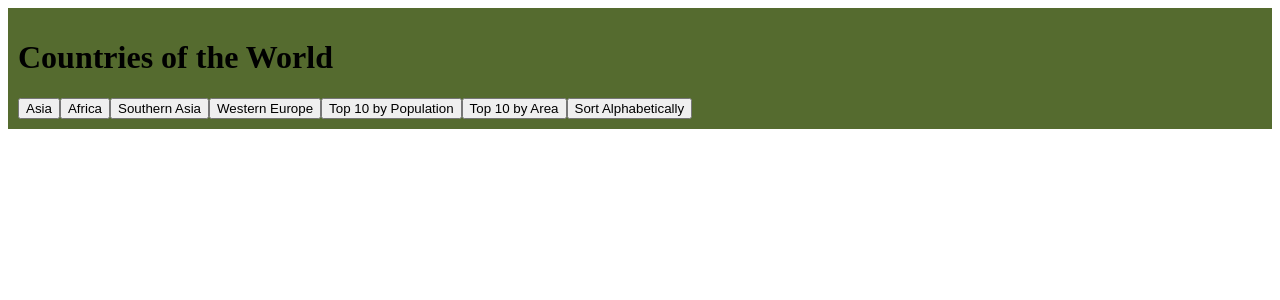
Repository: SandyLy453/comp-lab10
Page: /
The author's editor kept a copy of each file at every save. The page is drawn from the files as they stood at one save, then again after the next save.
The browser window is 1280 px wide. The pictures show the whole page.
The page's requests for data from a server got no answer. The project was rebuilt for these pictures with package versions that can differ from the ones it lists, and the page was loaded fresh each time. No one was signed in, and anything a server would have sent is missing. Also part of the build but not shown: vite.config.js, src/components/Contry.jsx.

Above is the page before, as saved 2024-11-14 22:40:59.

After the next save:
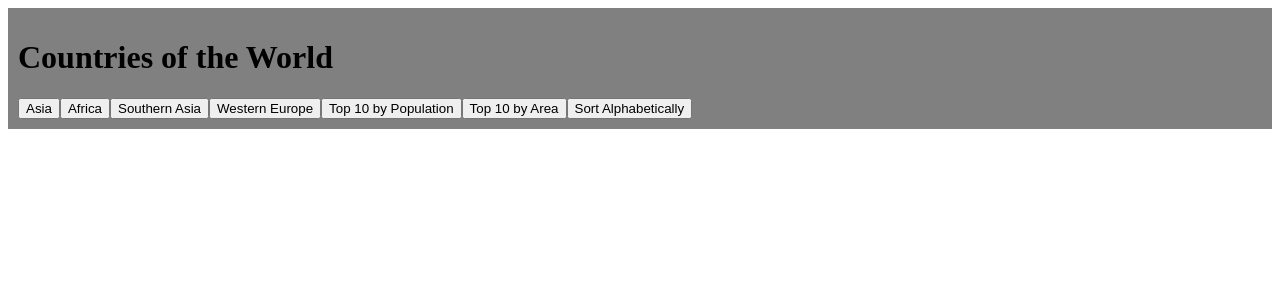
Saved 20 s later.
--- a/src/index.css
+++ b/src/index.css
@@ -1,5 +1,5 @@
 .container {
-  background-color: darkolivegreen;
+  background-color: gray;
   margin: 0;
   padding: 10px;
 }
